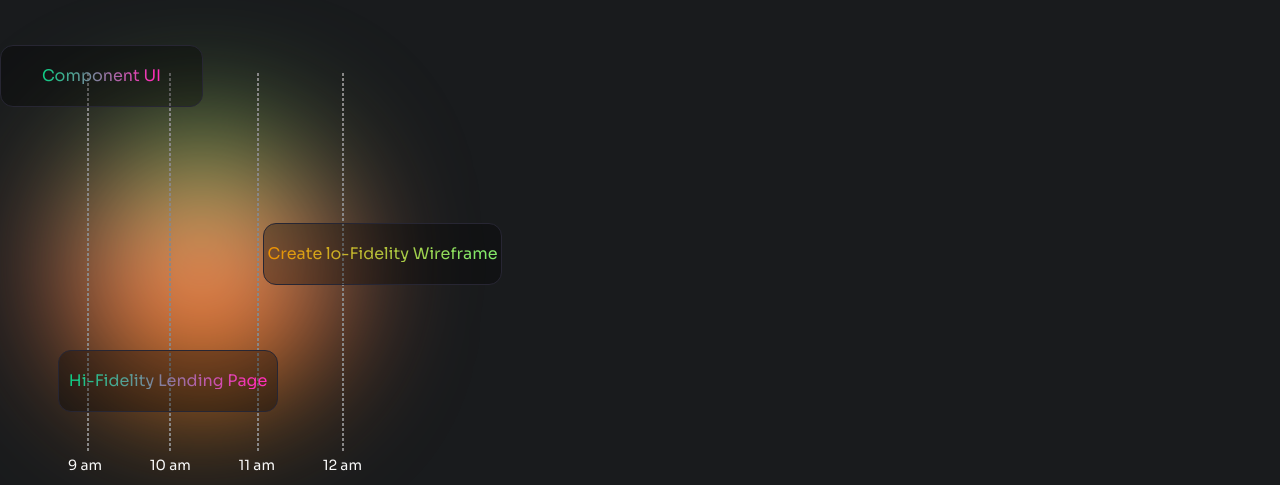
Repository: anhthiethumg/Task_Managerment_Website
Page: index.html
An editor plug-in stored every save of this project. The page is shown before and after the next save, followed by the edit.
The browser window is 1280 px wide. The pictures show the part of the page from y = 2400 to 2885 px (the page is 2885 px tall).
A picture or video elsewhere on the page could not be fetched, so the positions and the page height are approximate.

Above is the page before, as saved 2023-07-31 08:59:11.

After the next save:
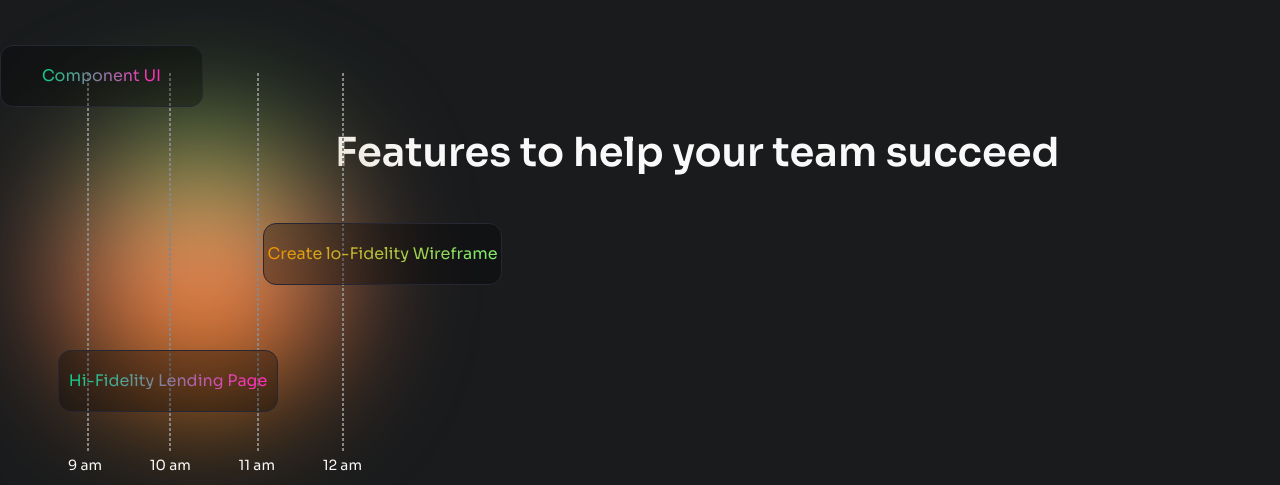
Saved 7 s later.
--- a/index.html
+++ b/index.html
@@ -329,7 +329,7 @@
             </div>
           </div>
           <div class="feature__content">
-            <h2 class = "section__heading feature__heading"></h2>
+            <h2 class = "section__heading feature__heading">Features to help your team succeed</h2>
           </div>
         </div>
       </section>
